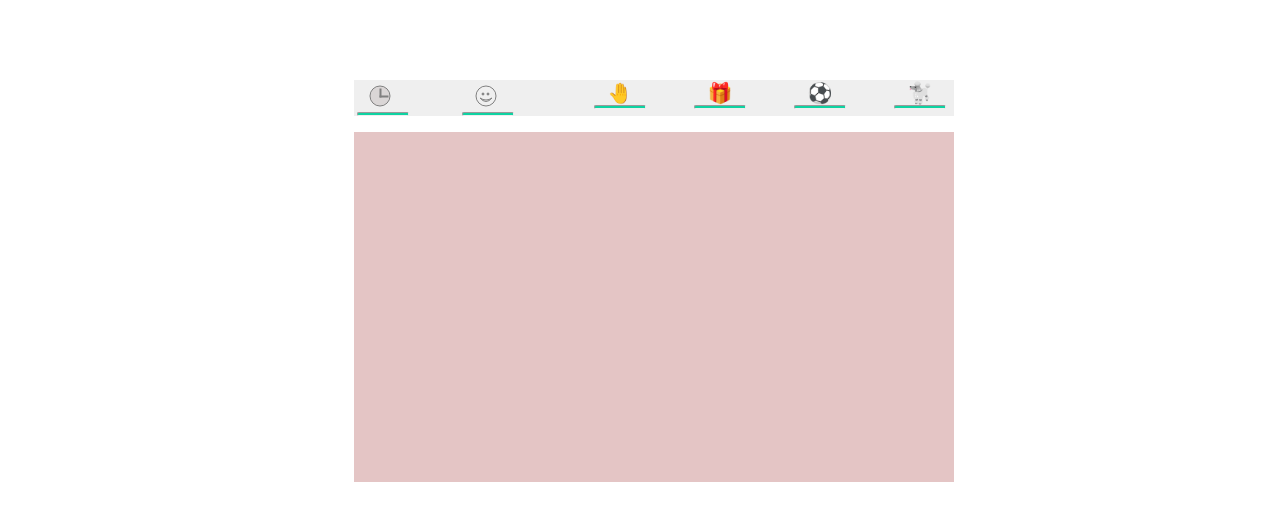
Repository: Gaj123-coder/emoji-search-app
Page: /
An editor plug-in stored every save of this project. The page is shown before and after the next save, followed by the edit.
The browser window is 1280 px wide. The pictures show the whole page.
The project was rebuilt for these pictures with package versions that can differ from the ones it lists, and the page was loaded fresh each time.

Above is the page before, as saved 2021-10-31 12:01:46.

After the next save:
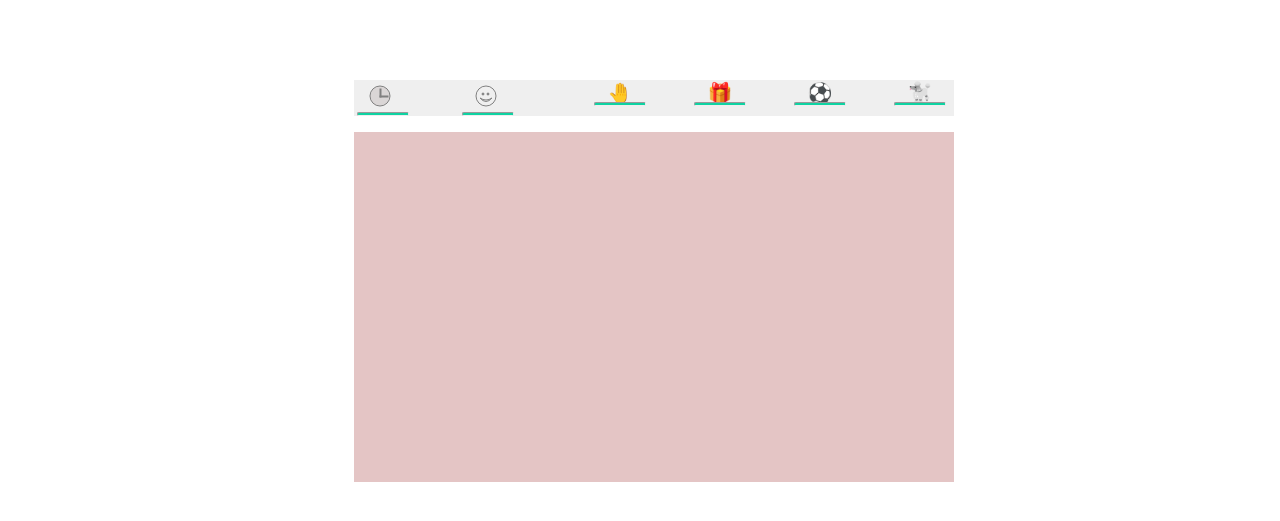
Saved 10 s later.
--- a/src/App.css
+++ b/src/App.css
@@ -49,7 +49,7 @@
 .rem-pos{
   position: relative;
   left:1rem;
-  bottom:7px;
+  bottom:10px;
 }
 
 .dec-child,.dec-child:hover,:active{
